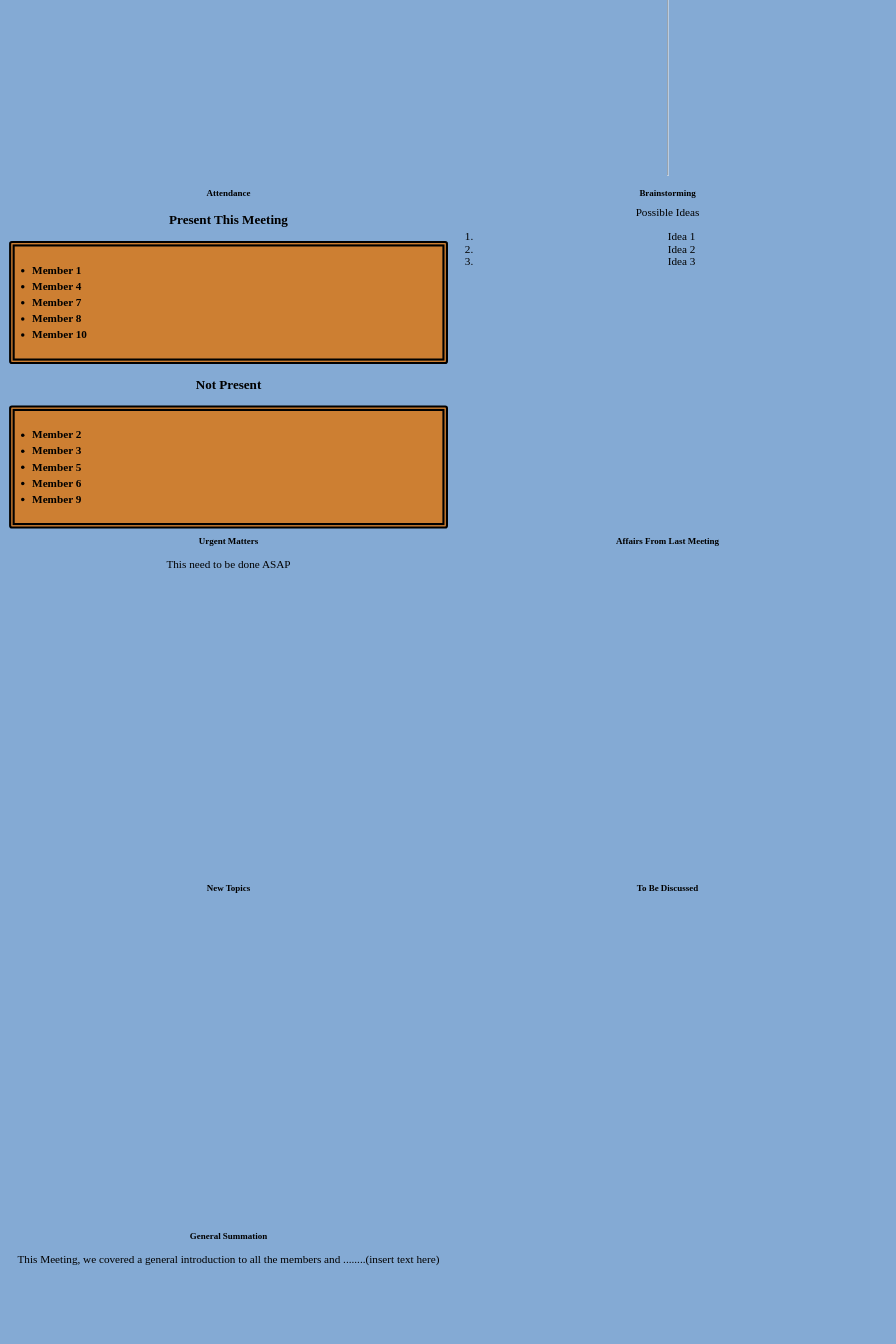
Repository: Chieh0501/fa22-cse110-lab3
Page: index.html
An editor plug-in stored every save of this project. The page is shown before and after the next save, followed by the edit.
The browser window is 1280 px wide. The pictures show the part of the page from y = 393 to 2313 px (the page is 2691 px tall before and 2752 px after), at 70% of full size.

Above is the page before, as saved 2022-10-12 13:27:26.

### index.html
<!DOCTYPE html>
<html lang="en">

<head>
	<meta charset="utf-8" />
	<meta name="description" content="Team 2 Meeting Notes" />
	<meta name="keywords" content="HTML, CSS, JavaScript" />
	<meta name="author" content="Chieh-Hsiu Hung" />
	<meta name="viewport" content="width=device-width, initial-scale=1.0" />
	<title>Team 2 Meeting Notes</title>
	<link href="images/favicons/favicon.ico" rel="icon" />
	<link href="styles/main.css" rel="stylesheet" />
	<!-- <script>
		window.addEventListener('load', function () {
			let time = window.performance.timing,
				complete = time.domComplete - time.domLoading;
			document.getElementById('page-load-info').innerHTML = `<strong>Page Loaded in ${parseInt(complete)}ms
			 on ${new Date().toLocaleString("en-US")}</strong>`;
		});
	</script> -->

</head>

<body>
	<header>
		<img src="images/logo.png" alt="Demo Team Logo" class="logo" id="logo">
		<nav class="navBar">
			<a href="index.html">Home</a>
			<a href="images.html">Diagrams/Pictures</a>
			<a href="multimedia.html">Audio/Video Backup</a>
			<a href="questions.html">Question Board</a>
			<a href="contacts.html">Contact Me</a>
		</nav>
	</header>

	<main id="home_main">
		<h1 class="title">Team 2 Introductory Meeting</h1>
		<h2 id="date">Date: 10/5/2022</h2>
		<hr id="blocker" />
		<section id="attendance" class="attendance">
			<h2>Attendance</h2>
			<!-- <form>
				Add Checkbox state with JS later
				<input type="checkbox" id="member1" name="member1" value="chung">
				<label for="vehicle1"> Chieh-Hsiu Hung</label><br>
				<input type="checkbox" id="member2" name="member2" value="avalliani">
				<label for="vehicle1"> Amaar Valliani</label><br>
				<input type="checkbox" id="member3" name="member3" value="ajia">
				<label for="vehicle1"> Andrew Jia</label><br>
				<input type="checkbox" id="member4" name="member4" value="ivarela">
				<label for="vehicle1"> Issac Varela</label><br>
				<input type="checkbox" id="member5" name="member5" value="lnguyen">
				<label for="vehicle1"> Liam Nguyen</label><br>
				<input type="checkbox" id="member6" name="member6" value="nrao">
				<label for="vehicle1"> Nikhil Rao</label><br>
				<input type="checkbox" id="member7" name="member7" value="sdadhwal">
				<label for="vehicle1"> Sahil Dadhwal</label><br>
				<input type="checkbox" id="member8" name="member8" value="tkoon">
				<label for="vehicle1"> Thomas Koon</label><br>
				<input type="checkbox" id="member9" name="member9" value="ycao">
				<label for="vehicle1"> Yingqi Cao</label><br>
				<input type="checkbox" id="member10" name="member10" value="yxu">
				<label for="vehicle1"> YunXiao Xu</label><br>
				<input type="submit" value="Submit">
			  </form> -->
			  <h3>Present This Meeting</h3>
			  <ul>
				<li>Member 1</li>
				<li>Member 4</li>
				<li>Member 7</li>
				<li>Member 8</li>
				<li>Member 10</li>
			  </ul>
			  <h3>Not Present</h3>
			  <ul>
				<li>Member 2</li>
				<li>Member 3</li>
				<li>Member 5</li>
				<li>Member 6</li>
				<li>Member 9</li>
			  </ul>
		</section>
		<section class="brainstorming">
			<h2>Brainstorming</h2>
			<div>Possible Ideas</div>
			<ol>
				<li>Idea 1</li>
				<li>Idea 2</li>
				<li>Idea 3</li>
			  </ol>
		</section>
		<section class="urgent">
			<h2>Urgent Matters</h2>
			<p id="urgent"><span>This need to be done ASAP</span></p>
		</section>
		<section class="last_meeting">
			<h2>Affairs From Last Meeting</h2>
		</section>
		<section class="new_topics">
			<h2>New Topics</h2>
		</section>
		<section class="tbd">
			<h2>To Be Discussed</h2>
		</section>
		<section class="summation">
			<h2>General Summation</h2>
			<p>This Meeting, we covered a general introduction to all the members and ........(insert text here)</p>
		</section>
	</main>

	<footer>
		<hr />
		<div>This page was made by <i><b>Chieh-Hsiu Hung</b></i></div>
		<aside>Last Edited on <strong>10/12/2022</strong></aside>
	</footer>
</body>

</html>

### styles/main.css
/* main.css */

html,

:root {
  --vw-lg: 1920px;
  --vw-md: 1366px;
  --vw-sm: 600px;
  --primary-color: #84aad4;
  --secondary-color: white;
  --accent-color-1: #CD7F32;
  --accent-color-2: #969696;
  --accent-color-3: hsl(150deg 30% 60%);
}

body {
  background-color: var(--primary-color);
  display: block;
  margin: 0;
  padding: 0;
}
@font-face {
  font-family: "Lato";
  font-style: normal;
  font-weight: 400;
  src: url("../fonts/Lato/Lato-Regular.ttf") format("truetype");
}
@font-face {
  font-family: "Lato";
  font-weight: bold;
  font-weight: 400;
  src: url("../fonts/Lato/Lato-Bold.ttf") format("truetype");
}
@font-face {
  font-family: "Lato";
  font-style: italic;
  font-weight: 400;
  src: url("../fonts/Lato/Lato-Italic.ttf") format("truetype");
}
.grid main{
  display: grid;
}

/****** header ******/

header {
  display:grid;
  grid-template-columns: repeat(6, 1fr);
  gap: 1rem;
  text-align: center;
  padding: 20px 0;
  font-family: "Lato", bold;
  background: var(--accent-color-1);
}

#logo {
  margin-left: 1vw;
  float: left;
  height: 3vw;
}
/******* NavBar *******/
.navBar {
  grid-column: 2 / span 4;
  position: relative;
  overflow: hidden;
  margin-top: 50px;
}
.navBar > a{
  float: none;
  color: #ffffff;
  text-align: center;
  padding: 15px 15px;
  text-decoration: none;
  font-size: 20px;
}
.navBar a:hover{
  text-decoration: underline;
}
.navBar a:visited{
  color: #000000;
}
/****** general **********/
section h2{
  font-size: 1vw;
}

/****** home content ******/
#home_main {
  display:grid;
  margin: 1vw;
  grid-template-columns: repeat(2, 1fr);
  grid-template-rows: repeat(5, 1fr);
  text-align: center;
}

.attendance ul{
  background-color: var(--accent-color-1);
  border: 8px double black;
  border-radius: 4px;
  margin: 0 auto;
  padding: 20px;
  text-align: left;
}

ul li {
  margin: 5px;
  font-weight: bold;
}
.title {
  float:initial;
  grid-row: 1;
  grid-column: 1;
  z-index: 1;
  font-size: 2vw;
}
.contactform{
  position: relative;
  grid-row: 2 / span 6;
  background-color: var(--secondary-color);
  margin-left: 2vw;
  grid-column: 1 / span 2;
  height: auto;
}
.contactform label{
  position: relative;
  font-weight: bold;
}
.contactform input[type = text], select, textarea{
  width: 100%;
  padding: 6px;
  grid-column: 1 / span 6;
  border: 1px solid var(--accent-color-1);
  border-radius: 6px;
  resize: vertical;
}
/******* about main ******/
main#about_main{
  display:grid;
  margin-left: 1vw;
  margin-right: 1vw;
  grid-template-columns: repeat(5, 1fr);
  grid-template-rows: repeat(3, 1fr);
  text-align: center;
}
/***** Button *******/
.button{
  display: inline-block;
  width: fit-content;
  height: fit-content;
  padding: 1vw 2vw;
  text-align: center;
  text-decoration: none;
  color: var(--primary-color);
  background-color: var(--accent-color-1);
  border-radius: 8px;
  outline: none;
}
.button:hover{
  text-decoration: underline;
  color:azure;
  background-color: #969696;
}
@media screen and (max-width: 800px){
  #index_main{
    display:grid;
    margin-left: 1vw;
    margin-right: 1vw;
    grid-template-columns: repeat(6, 1fr);
    grid-template-rows: repeat(6, 1fr);
    text-align: center;
  }
  main.main2{
    display:grid;
    margin-left: 1vw;
    margin-right: 1vw;
    grid-template-columns: 1fr;
    grid-template-rows: repeat(4, 1fr);
    text-align: center;
  }
  #contact_frame{
    width: 100%;
    margin-left: 1vw;
    grid-column: 1;
    grid-row: 3;
  }
  .navBar a{
    float: none;
    display: none;
  }

  .title{
    display:none;
  }
  .short_title{
    display: block;
    grid-row: 1 / span 3;
    grid-column: 2 / span 4;
    font-size: 6vw;
  }
  img{
    width: 80vw;
  }
  #hamburger{
    display: block;
  }
  #hamburger input{
    display: block;
  }
  .contactform{
    grid-column: 1;
  }
  #notice{
    display: none;
  }
  .button{
    width: 60vw;
    height: 20vw;
  }
  #Contact_Button{
    grid-row: 3 / span 2;
    grid-column: 2 / span 6;
  }
  #download_resume{
    grid-row: 6 / span 2;
    grid-column: 2 / span 6;
  }
  img#logo {
    width: 40vw;
    height: 16vw;
  }
}
@media screen and (max-width: 1366px) {
  main{
    display:grid;
    margin-left: 1vw;
    margin-right: 1vw;
    grid-template-columns: 1fr;
    grid-template-rows: repeat(3, 1fr);
    text-align: center;
  }
  #index_main{
    display:grid;
    margin-left: 1vw;
    margin-right: 1vw;
    grid-template-columns: repeat(6, 1fr);
    grid-template-rows: repeat(6, 1fr);
    text-align: center;
  }
  .title{
    display:none;
  }
  .short_title{
    display: block;
    grid-row: 1 / span 3;
    grid-column: 2 / span 4;
    font-size: 6vw;
  }
  main.main2{
    display:grid;
    margin-left: 1vw;
    margin-right: 1vw;
    grid-template-columns: repeat(2, 1fr);
    grid-template-rows: repeat(2, 1fr);
    text-align: center;
  }
  main.about_main{
    display:grid;
    margin-left: 1vw;
    margin-right: 1vw;
    grid-template-columns: 1fr;
    grid-template-rows: repeat(4, 1fr);
    text-align: center;
  }
  section#diving{
    grid-row: 1;
    grid-column: 1;
  }
  section#sailing{
    grid-row: 2;
    grid-column: 1;
  }
  video{
    width: 80vw;
  }
  img{
    width: 80vw;
  }
  section#snowboarding{
    grid-row: 3;
    grid-column: 1;
  }
  section#songs{
    grid-row:4;
    grid-column: 1;
  }
  .contactform{
    grid-column: 1/ span 6;
  }
  #notice{
    display: none;
    font-variant:small-caps;
  }
  #contact_frame{
    margin-left: 1vw;
    grid-column: 1;
    grid-row: 3;
  }
  .title2{
    width: 30vw;
    grid-column: 2;
    grid-row: 1 / span 2;
  }
  #clock{
    grid-column: 1;
    grid-row: 1;
  }
  h1.project{
    align-self: center;
    grid-row: 1;
    grid-column: 1;
  }
  img#logo {
    width: 20vw;
    height: 8vw;
  }
}
/* a:link { color: #3366BB; }
a:visited { color: #663366 }
a:visited:hover { color: #0b0080; }
a:hover { color: gray; }
a:active { background-color: yellow; border: 4px solid red;} */


/****** footer ******/
footer {
  font-size: small;
  text-align: center;
}

After the next save:
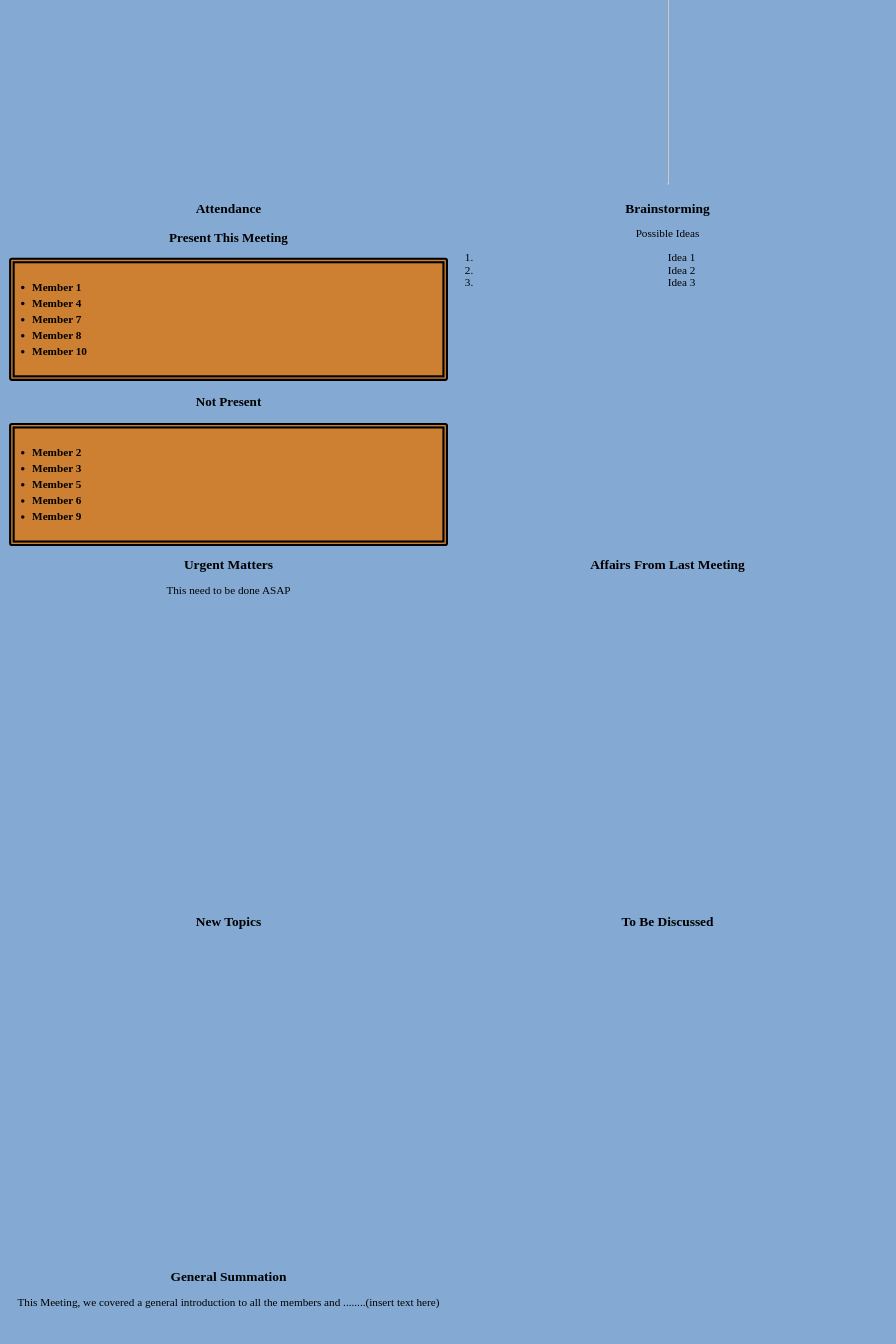
Saved 10 s later.
--- a/styles/main.css
+++ b/styles/main.css
@@ -81,7 +81,7 @@
 }
 /****** general **********/
 section h2{
-  font-size: 1vw;
+  font-size: 1.5vw;
 }
 
 /****** home content ******/
